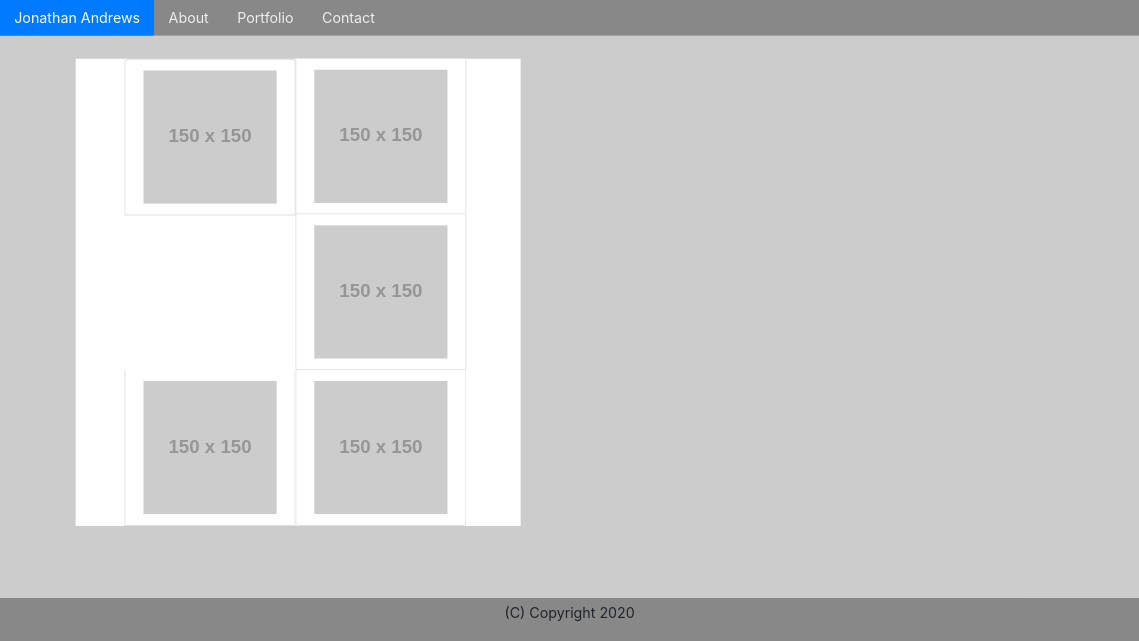
Repository: ionathas78/ionathas78.github.io
Page: portfolio.html
These files come from the project's save history. The page is drawn as it stood at one moment and after the next save; the edit follows.
The browser window is 1280 px wide. The pictures show the whole page, at 89% of full size.

Above is the page before, as saved 2020-03-17 17:38:10.

After the next save:
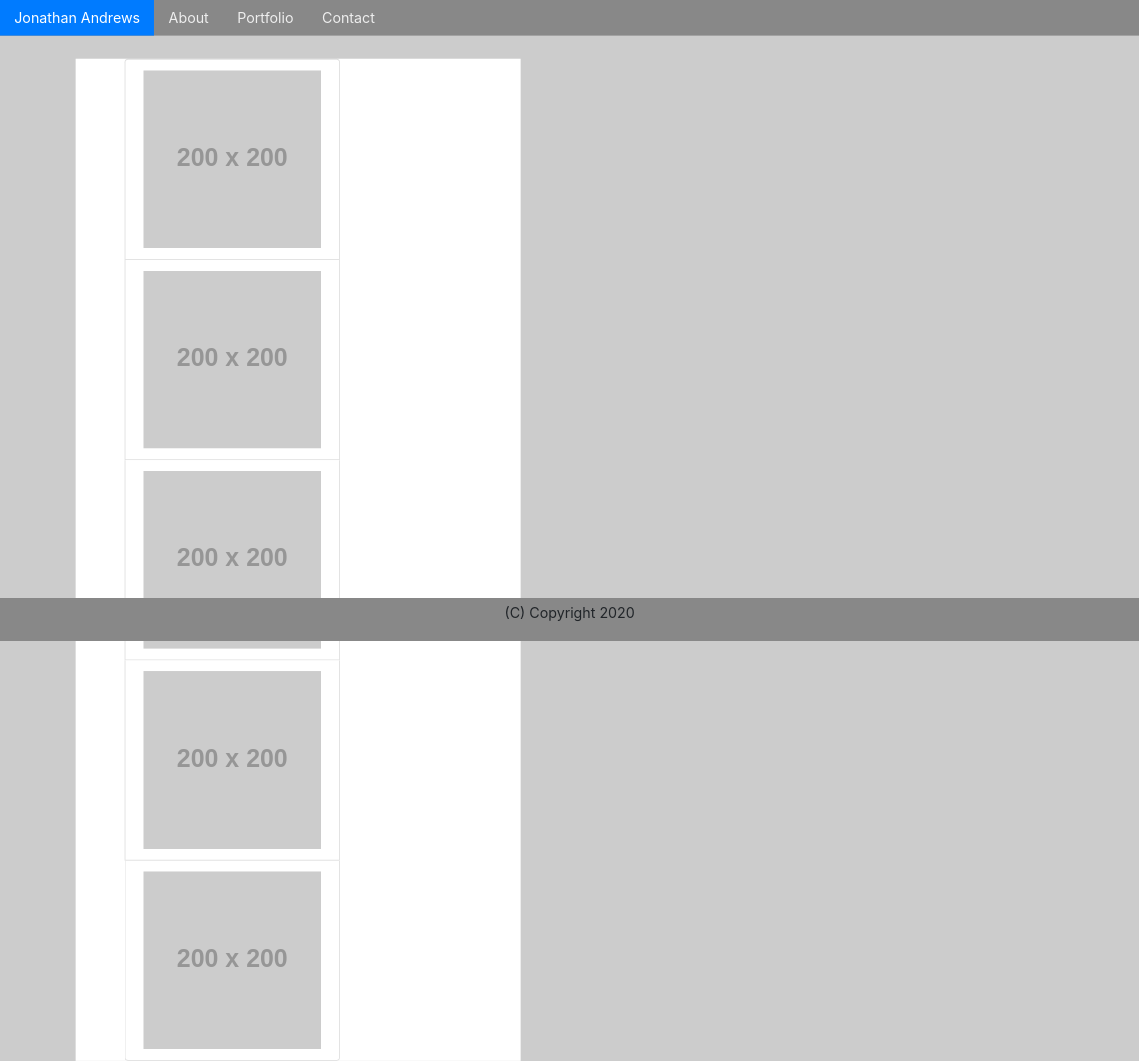
Saved 2 min 3 s later.
--- a/portfolio.html
+++ b/portfolio.html
@@ -31,11 +31,11 @@
                 <div class="container clearfix" style="width: 50vw; max-width: 500px; background-color: white; margin-top: 2vw;">
                     <!-- <ul class="list-group list-group-horizontal float-left"> -->
                     <ul class="">
-                        <li class="list-group-item float-left align-self-start"><a href="" target="_blank"><img src="https://via.placeholder.com/150" alt="Placeholder Item Image"/></a></li>
-                        <li class="list-group-item float-left align-self-start"><a href="" target="_blank"><img src="https://via.placeholder.com/150" alt="Placeholder Item Image"/></a></li>
-                        <li class="list-group-item float-left align-self-start"><a href="" target="_blank"><img src="https://via.placeholder.com/150" alt="Placeholder Item Image"/></a></li>
-                        <li class="list-group-item float-left align-self-start"><a href="" target="_blank"><img src="https://via.placeholder.com/150" alt="Placeholder Item Image"/></a></li>
-                        <li class="list-group-item float-left align-self-start"><a href="" target="_blank"><img src="https://via.placeholder.com/150" alt="Placeholder Item Image"/></a></li>
+                        <li class="list-group-item float-left align-self-start"><a href="" target="_blank"><img src="https://via.placeholder.com/200" alt="Placeholder Item Image"/></a></li>
+                        <li class="list-group-item float-left align-self-start"><a href="" target="_blank"><img src="https://via.placeholder.com/200" alt="Placeholder Item Image"/></a></li>
+                        <li class="list-group-item float-left align-self-start"><a href="" target="_blank"><img src="https://via.placeholder.com/200" alt="Placeholder Item Image"/></a></li>
+                        <li class="list-group-item float-left align-self-start"><a href="" target="_blank"><img src="https://via.placeholder.com/200" alt="Placeholder Item Image"/></a></li>
+                        <li class="list-group-item float-left align-self-start"><a href="" target="_blank"><img src="https://via.placeholder.com/200" alt="Placeholder Item Image"/></a></li>
                       </ul>
                 </div>
             </div>

After the save that followed:
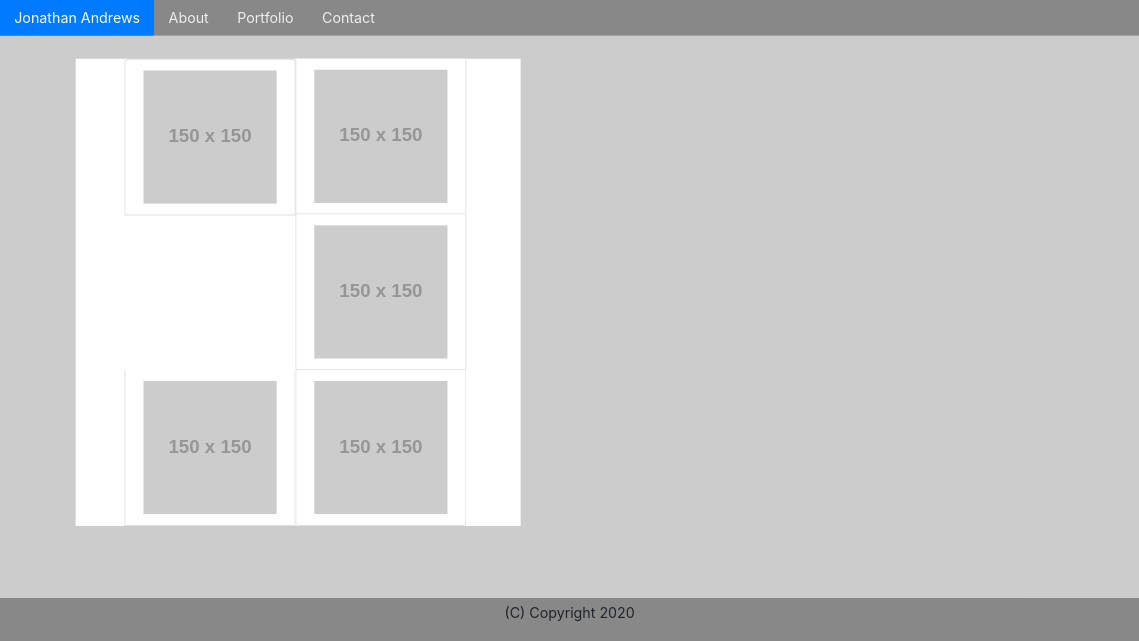
Saved 8 s later.
--- a/portfolio.html
+++ b/portfolio.html
@@ -31,11 +31,11 @@
                 <div class="container clearfix" style="width: 50vw; max-width: 500px; background-color: white; margin-top: 2vw;">
                     <!-- <ul class="list-group list-group-horizontal float-left"> -->
                     <ul class="">
-                        <li class="list-group-item float-left align-self-start"><a href="" target="_blank"><img src="https://via.placeholder.com/200" alt="Placeholder Item Image"/></a></li>
-                        <li class="list-group-item float-left align-self-start"><a href="" target="_blank"><img src="https://via.placeholder.com/200" alt="Placeholder Item Image"/></a></li>
-                        <li class="list-group-item float-left align-self-start"><a href="" target="_blank"><img src="https://via.placeholder.com/200" alt="Placeholder Item Image"/></a></li>
-                        <li class="list-group-item float-left align-self-start"><a href="" target="_blank"><img src="https://via.placeholder.com/200" alt="Placeholder Item Image"/></a></li>
-                        <li class="list-group-item float-left align-self-start"><a href="" target="_blank"><img src="https://via.placeholder.com/200" alt="Placeholder Item Image"/></a></li>
+                        <li class="list-group-item float-left align-self-start"><a href="" target="_blank"><img src="https://via.placeholder.com/150" alt="Placeholder Item Image"/></a></li>
+                        <li class="list-group-item float-left align-self-start"><a href="" target="_blank"><img src="https://via.placeholder.com/150" alt="Placeholder Item Image"/></a></li>
+                        <li class="list-group-item float-left align-self-start"><a href="" target="_blank"><img src="https://via.placeholder.com/150" alt="Placeholder Item Image"/></a></li>
+                        <li class="list-group-item float-left align-self-start"><a href="" target="_blank"><img src="https://via.placeholder.com/150" alt="Placeholder Item Image"/></a></li>
+                        <li class="list-group-item float-left align-self-start"><a href="" target="_blank"><img src="https://via.placeholder.com/150" alt="Placeholder Item Image"/></a></li>
                       </ul>
                 </div>
             </div>
